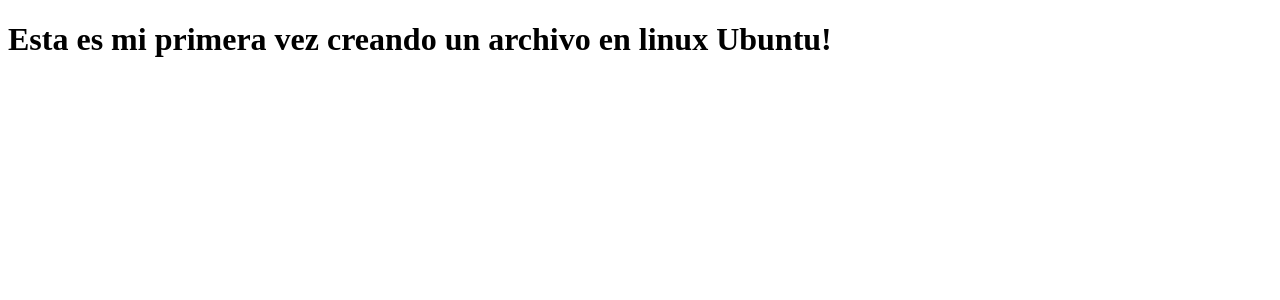
Repository: mamorenoc2/LenovoUbuntu
Page: ejemplo.html
These files come from the project's save history. The page is drawn as it stood at one moment and after the next save; the edit follows.
The browser window is 1280 px wide. The pictures show the whole page.

Above is the page before, as saved 2023-06-09 18:37:00.

After the next save:
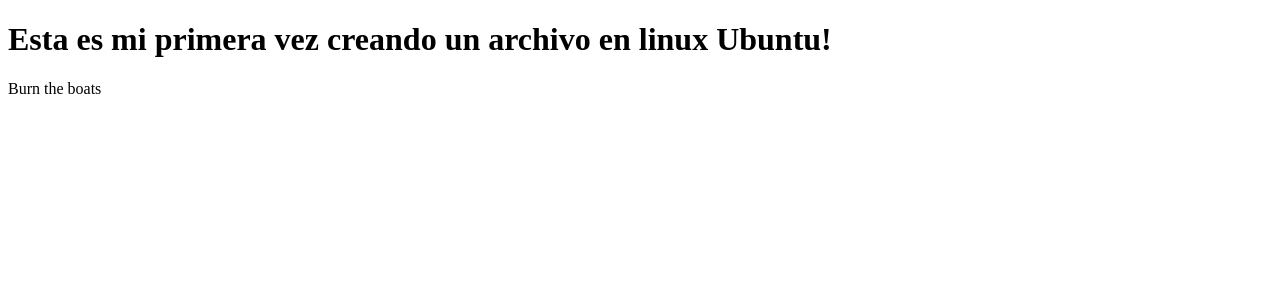
Saved 21 s later.
--- a/ejemplo.html
+++ b/ejemplo.html
@@ -7,5 +7,8 @@
 </head>
 <body>
     <h1>Esta es mi primera vez creando un archivo en linux Ubuntu!</h1>
+    <div>
+        <p>Burn the boats</p>
+    </div>
 </body>
 </html>
